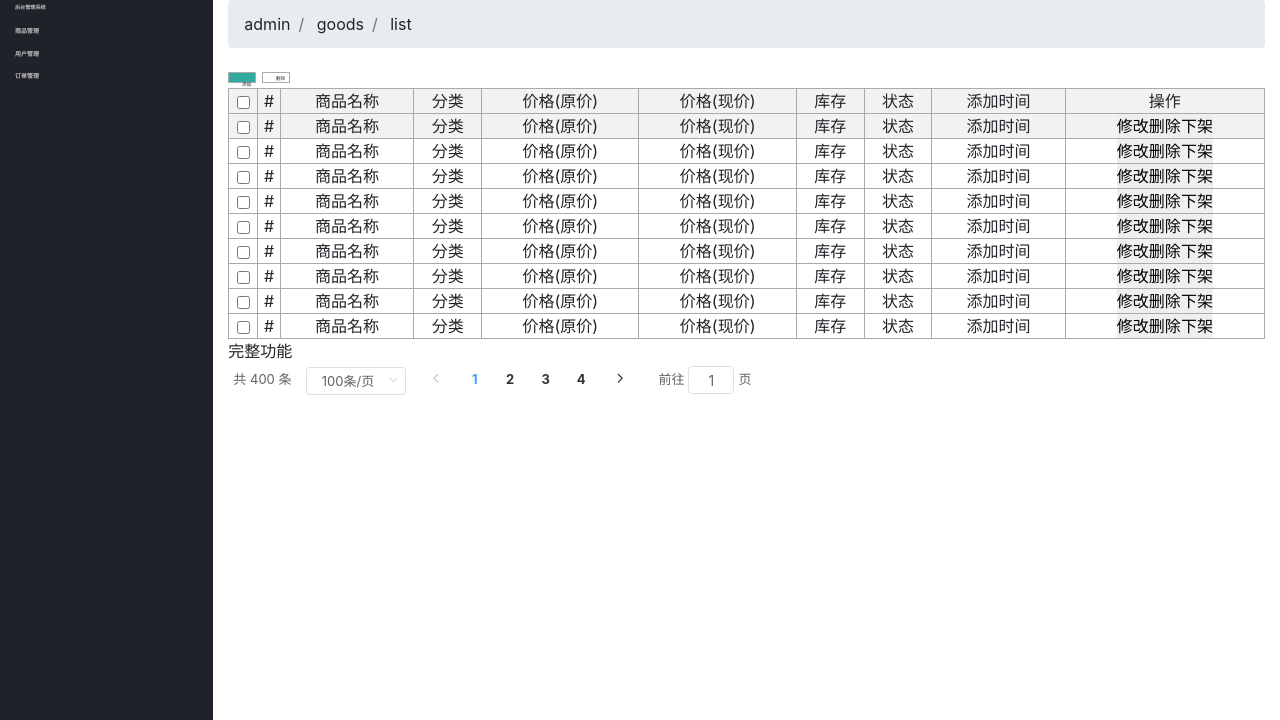
Repository: Rayfang0719/Vue-admin
Page: /admin/goods/list
An editor plug-in stored every save of this project. The page is shown before and after the next save, followed by the edit.
The browser window is 1280 px wide. The pictures show the whole page.
The page's requests for data from a server got no answer. The project was rebuilt for these pictures with package versions that can differ from the ones it lists, and the page was loaded fresh each time. No one was signed in, and anything a server would have sent is missing. Also part of the build but not shown: vue.config.js, src/pages/login.vue.

Above is the page before, as saved 2019-05-11 21:21:14.

After the next save:
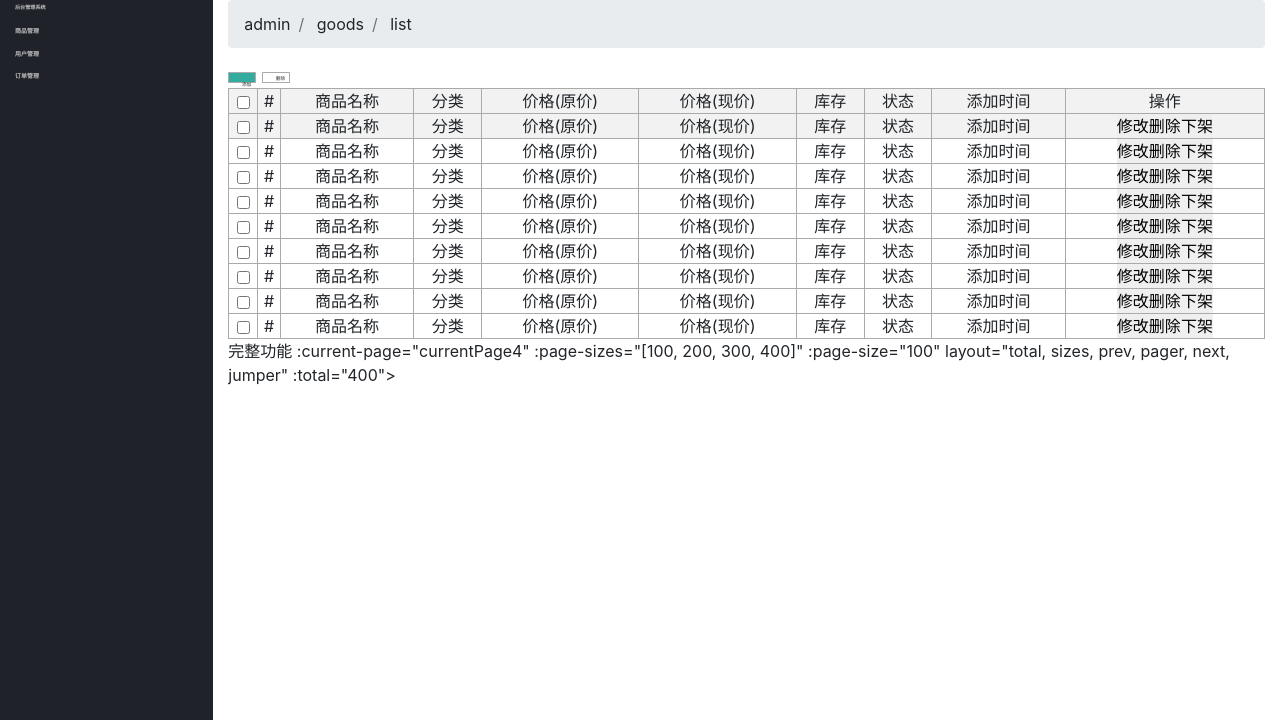
Saved 29 s later.
--- a/src/pages/admin/goods/list.vue
+++ b/src/pages/admin/goods/list.vue
@@ -42,8 +42,8 @@
    <div class="block">
     <span class="demonstration">完整功能</span>
     <el-pagination
-      @size-change="handleSizeChange"
-      @current-change="handleCurrentChange"
+      <!-- @size-change="handleSizeChange"
+      @current-change="handleCurrentChange" -->
       :current-page="currentPage4"
       :page-sizes="[100, 200, 300, 400]"
       :page-size="100"
